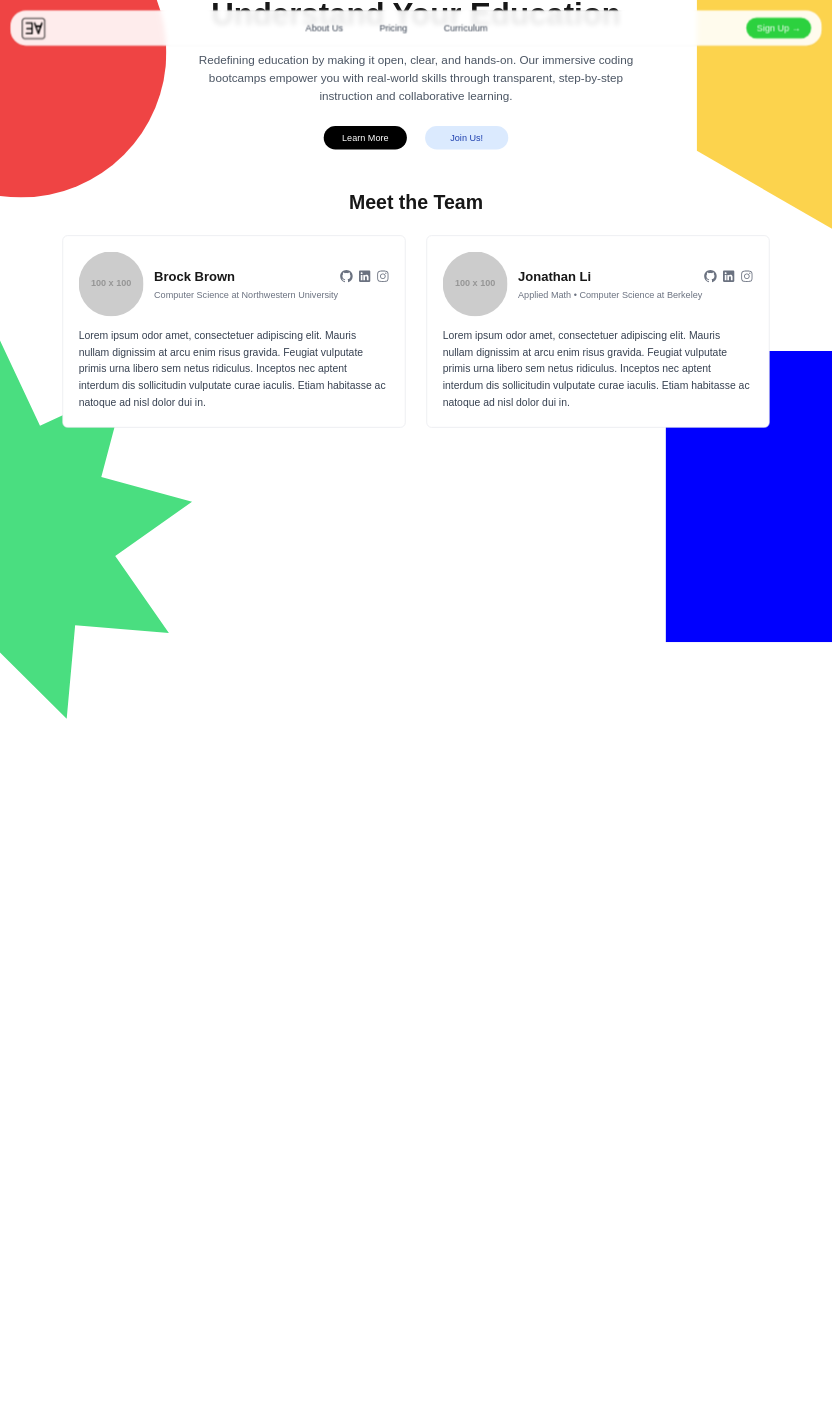
Repository: johnnyli-dev/bootcamp
Page: /
An editor plug-in stored every save of this project. The page is shown before and after the next save, followed by the edit.
The browser window is 1280 px wide. The pictures show the whole page, at 65% of full size.
The project was rebuilt for these pictures with package versions that can differ from the ones it lists, and the page was loaded fresh each time. The framework's server and built-in components were replaced by stand-ins that run in the browser. Also part of the build but not shown: next.config.ts.

Above is the page before, as saved 2025-02-22 15:13:18.

### app/page.tsx
import Image from "next/image";
import Navbar from "./components/Navbar";
import PCard from "./components/PCard";
import {
	GitHubLogoIcon,
	LinkedInLogoIcon,
	InstagramLogoIcon,
} from "@radix-ui/react-icons";

import {
	RedCircle,
	YellowHexagon,
	GreenStar,
	BlueSquare,
} from "./components/Shapes";

export default function Home() {
	return (
		<div className="min-h-screen bg-white relative overflow-hidden">
			{/* Hero Section */}
			<div className="relative h-screen flex items-center justify-center">
				{/* SVG Shapes positioned relative to hero section */}
				<div className="absolute inset-0">
					<RedCircle />
					<YellowHexagon />
					<GreenStar />
					<BlueSquare />
				</div>

				<Navbar />

				{/* Centered Content */}
				<div className="max-w-6xl mx-auto px-4 sm:px-6 lg:px-8 z-10">
					<main className="flex flex-col items-center text-center gap-8">
						<h1 className="text-5xl font-bold">
							Understand Your Education
						</h1>
						<p className="text-lg text-gray-600 max-w-2xl">
							Redefining education by making it open, clear, and
							hands-on. Our immersive coding bootcamps empower you
							with real-world skills through transparent,
							step-by-step instruction and collaborative learning.
						</p>
						<div className="flex gap-7 whitespace-nowrap">
							<a
								href="#learn-more"
								className="bg-black text-white px-6 py-2 rounded-full hover:bg-gray-800 transition-colors w-32 text-center text-sm"
							>
								Learn More
							</a>
							<a
								href="#join"
								className="bg-blue-100 text-blue-800 px-6 py-2 rounded-full hover:bg-blue-200 transition-colors w-32 text-center text-sm"
							>
								Join Us!
							</a>
						</div>
					</main>

					{/* About Us (Meet the Team) Section */}
					<section className="py-16 flex flex-col items-center">
						<h2 className="text-3xl font-bold mb-8">
							Meet the Team
						</h2>

						<div className="flex flex-col md:flex-row gap-8 justify-center">
							<PCard
								name="Brock Brown"
								subtitle="Computer Science at Northwestern University"
								description="Lorem ipsum odor amet, consectetuer adipiscing elit. Mauris nullam dignissim at arcu enim risus gravida. Feugiat vulputate primis urna libero sem netus ridiculus. Inceptos nec aptent interdum dis sollicitudin vulputate curae iaculis. Etiam habitasse ac natoque ad nisl dolor dui in."
								profileImage="https://placehold.co/100.png"
                                socialLinks={[
                                    {
                                        icon: <GitHubLogoIcon width={20} height={20} />,
                                        url: "https://github.com/bbrockbrown",
                                    },
                                    {
                                        icon: <LinkedInLogoIcon width={20} height={20} />,
                                        url: "https://www.linkedin.com/in/brock-brown-058216221/",
                                    },
                                    {
                                        icon: <InstagramLogoIcon width={20} height={20} />,
                                        url: "https://www.instagram.com/bbrockbrown/",
                                    },
                                ]}
							/>

							<PCard
								name="Jonathan Li"
								subtitle="Applied Math • Computer Science at Berkeley"
								description="Lorem ipsum odor amet, consectetuer adipiscing elit. Mauris nullam dignissim at arcu enim risus gravida. Feugiat vulputate primis urna libero sem netus ridiculus. Inceptos nec aptent interdum dis sollicitudin vulputate curae iaculis. Etiam habitasse ac natoque ad nisl dolor dui in."
								profileImage="https://placehold.co/100.png"
                                socialLinks={[
                                    {
                                        icon: <GitHubLogoIcon width={20} height={20} />,
                                        url: "https://github.com/johnnyli-dev",
                                    },
                                    {
                                        icon: <LinkedInLogoIcon width={20} height={20} />,
                                        url: "https://www.linkedin.com/in/johnny-li-390841220/",
                                    },
                                    {
                                        icon: <InstagramLogoIcon width={20} height={20} />,
                                        url: "https://www.instagram.com/johnny.lii/",
                                    },
                                ]}
							/>
						</div>
					</section>
				</div>
			</div>

			{/* Additional content sections */}
			<div className="h-screen" />
			<div className="h-screen" />
		</div>
	);
}

### app/globals.css
@tailwind base;
@tailwind components;
@tailwind utilities;

:root {
	--background: #ffffff;
	--foreground: #171717;
}

@media (prefers-color-scheme: dark) {
	:root {
		--background: #ffffff;
		--foreground: #171717;
	}
}

body {
	color: var(--foreground);
	background: var(--background);
	font-family: "Poppins", sans-serif;
	overflow-x: hidden;
}

.geometric-shape {
	position: absolute;
	width: 300px;
	height: 300px;
	border-radius: 50%;
    transition: transform 1s ease-out;
}

### app/components/Navbar.tsx
import Link from "next/link";
import Image from "next/image";

export default function Navbar() {
	return (
		<div className="fixed top-4 left-4 right-4 z-50">
			<nav className="bg-white/90 backdrop-blur-sm rounded-3xl p-1 shadow-sm">
				<div className="max-w-7xl mx-auto">
					<div className="flex items-center justify-between">
						<div className="flex-shrink-0 px-2">
							<Link href="/" className="flex items-center gap-2">
								<Image
									src="/logo.png"
									alt="CodeCamp Logo"
									width={48}
									height={48}
									className="object-contain"
								/>
							</Link>
						</div>

						{/* Center navigation items */}
						<div className="flex-1 flex justify-center">
							<div className="hidden sm:flex space-x-8 items-center">
								<Link
									href="/about-us"
									className="text-gray-700 hover:text-gray-900 px-3 py-2 text-sm"
								>
									About Us
								</Link>
								<Link
									href="/pricing"
									className="text-gray-700 hover:text-gray-900 px-3 py-2 text-sm"
								>
									Pricing
								</Link>
								<Link
									href="/curriculum"
									className="text-gray-700 hover:text-gray-900 px-3 py-2 text-sm"
								>
									Curriculum
								</Link>
							</div>
						</div>

						{/* Sign Up button */}
						<div className="flex-shrink-0 px-3">
							<Link
								href="/sign-up"
								className="bg-[#2cd13f] text-white px-4 py-2 rounded-full text-sm hover:bg-[#8BBBCF] transition-colors"
							>
								Sign Up →
							</Link>
						</div>
					</div>
				</div>
			</nav>
		</div>
	);
}

### app/components/PCard.tsx
"use client";
import Image from "next/image";
import { JSX } from "react";

interface SocialLink {
	icon: JSX.Element;
	url: string;
}

interface PCardProps {
	name: string;
	subtitle: string;
	description: string;
	profileImage: string;
	socialLinks: SocialLink[];
}

export default function PCard({
	name,
	subtitle,
	description,
	profileImage,
	socialLinks,
}: PCardProps) {
	return (
		<div className="border border-gray-200 rounded-lg p-6 w-full max-w-xl bg-white">
			{/* Top row: Profile image + Name & Socials */}
			<div className="flex items-center">
				<Image
					src={profileImage}
					alt={name}
					width={100}
					height={100}
					className="rounded-full object-cover mr-4"
				/>
				<div className="flex-1">
					<div className="flex items-center justify-between">
						<h3 className="text-xl font-bold">{name}</h3>
						<div className="flex space-x-2">
							{socialLinks.map((link, index) => (
								<a
									key={index}
									href={link.url}
									target="_blank"
									rel="noopener noreferrer"
									className="text-gray-500 hover:text-gray-700"
								>
									{link.icon}
								</a>
							))}
						</div>
					</div>
					<p className="text-gray-500 text-sm mt-1">{subtitle}</p>
				</div>
			</div>
			{/* Description */}
			<p className="mt-4 text-gray-700 leading-relaxed">{description}</p>
		</div>
	);
}

### app/components/Shapes.tsx
"use client";
import { useScrollRotation } from "../hooks/useScrollRotation";

export function RedCircle() {
	const rotation = useScrollRotation();
	return (
		<svg
			className="absolute top-[-20%] left-[-15%] -translate-x-1/2 -translate-y-1/2 w-[35vw] h-[35vw] transition-transform duration-100"
			viewBox="0 0 256 256"
			style={{ transform: `rotate(${rotation}deg)` }}
		>
			<circle cx="128" cy="128" r="128" fill="#EF4444" />
		</svg>
	);
}

export function YellowHexagon() {
	const rotation = useScrollRotation();
	return (
		<svg
			className="absolute top-[-20%] right-[-20%] translate-x-1/2 -translate-y-1/2 w-[40vw] h-[40vw] transition-transform duration-100"
			viewBox="0 0 256 256"
			style={{ transform: `rotate(${-rotation}deg)` }}
		>
			<polygon
				points="128,8 231.92,68 231.92,188 128,248 24.08,188 24.08,68"
				fill="#FCD34D"
			/>
		</svg>
	);
}

export function GreenStar() {
	const rotation = useScrollRotation();
	return (
		<svg
			className="absolute top-[70%] left-[-25%] -translate-x-1/2 -translate-y-1/2 w-[50vw] h-[50vw] transition-transform duration-100"
			viewBox="0 0 256 256"
			style={{ transform: `rotate(${rotation * 0.5}deg)` }}
		>
			<polygon
				points="
          128,8
          152.62,60.34
          205.13,36.08
          190.35,92
          246.18,107.16
          198.91,140.52
          231.92,188
          174.25,183.16
          169.04,240.76
          128,200
          86.96,240.76
          81.75,183.16
          24.08,188
          57.09,140.52
          9.82,107.16
          65.65,92
          50.87,36.08
          103.38,60.34
        "
				fill="#4ADE80"
			/>
		</svg>
	);
}

export function BlueSquare() {
	const rotation = useScrollRotation();
	return (
		<svg
			className="absolute top-[75%] left-[80%] -translate-x-1/2 -translate-y-1/2 w-[35vw] transition-transform h-[35vw] duration-100"
			viewBox="0 0 256 256"
			style={{ transform: `rotate(${rotation * 1.5}deg)` }}
		>
			<rect x="0" y="0" width="256" height="256" fill="blue" />
		</svg>
	);
}

### app/hooks/useScrollRotation.ts
import { useEffect, useState, useRef } from "react";

export function useScrollRotation() {
    const [rotation, setRotation] = useState(0);
    const MAX_ROTATION = 360; // maximum rotation value
    const requestRef = useRef<number | null>(null);

    useEffect(() => {
        const handleScroll = () => {
            const newRotation = Math.min(window.scrollY / 10, MAX_ROTATION);
            if (requestRef.current) {
                cancelAnimationFrame(requestRef.current);
            }
            requestRef.current = requestAnimationFrame(() => {
                setRotation(newRotation);
            });
        };

        window.addEventListener("scroll", handleScroll);
        return () => {
            window.removeEventListener("scroll", handleScroll);
            if (requestRef.current) {
                cancelAnimationFrame(requestRef.current);
            }
        };
    }, []);

    return rotation;
}

Loaded but not shown: app/layout.tsx (common file); tailwind.config.ts (common file)

After the next save:
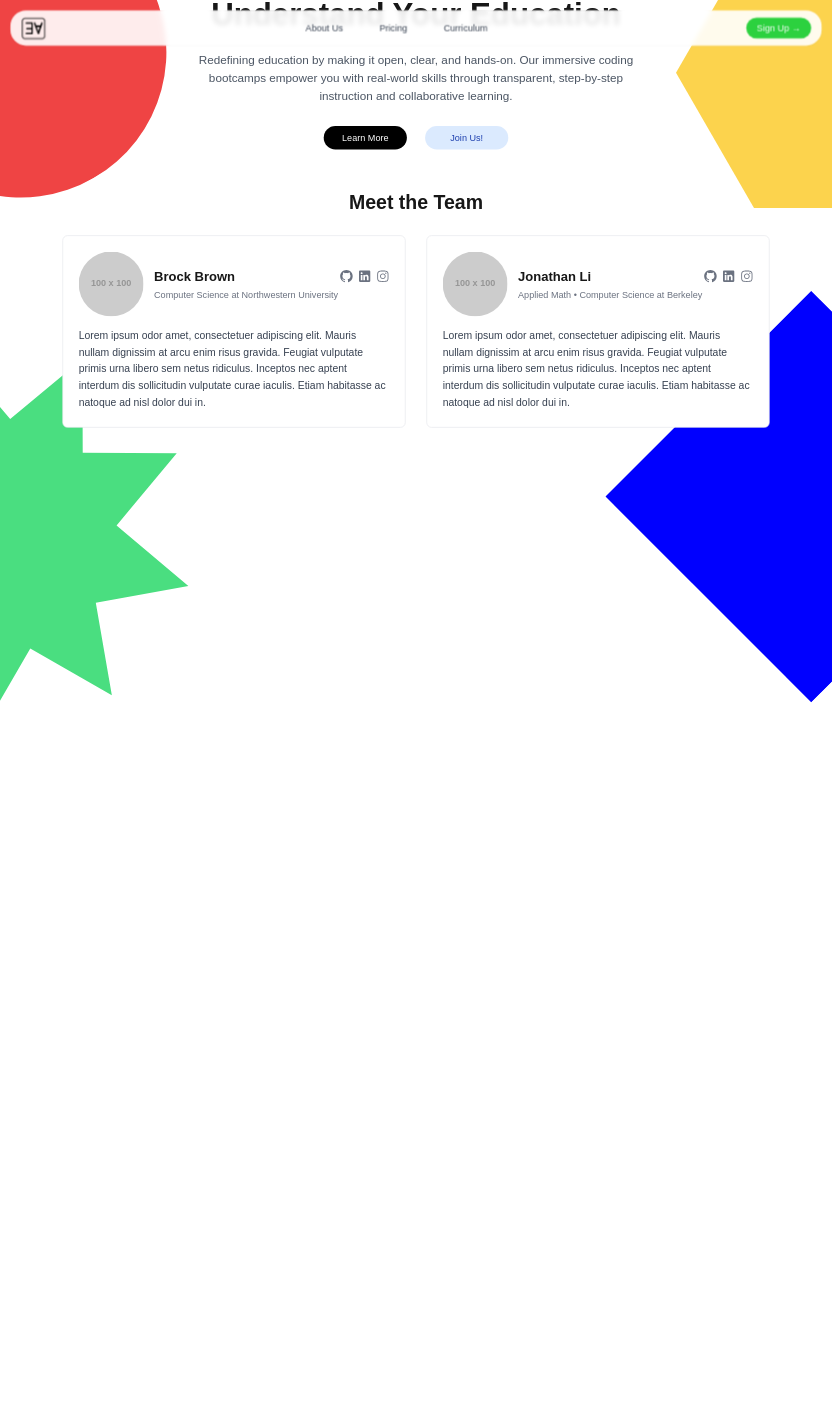
Saved 3 min 7 s later.
--- a/app/hooks/useScrollRotation.ts
+++ b/app/hooks/useScrollRotation.ts
@@ -1,29 +1,43 @@
+// app/hooks/useScrollRotation.ts
 import { useEffect, useState, useRef } from "react";
 
 export function useScrollRotation() {
-    const [rotation, setRotation] = useState(0);
-    const MAX_ROTATION = 360; // maximum rotation value
-    const requestRef = useRef<number | null>(null);
+	const [rotation, setRotation] = useState(0);
+	const prevScroll = useRef<number>(0);
+	const requestRef = useRef<number | null>(null);
+	const MAX_DIFF = 10; // maximum allowed change per scroll event
 
-    useEffect(() => {
-        const handleScroll = () => {
-            const newRotation = Math.min(window.scrollY / 10, MAX_ROTATION);
-            if (requestRef.current) {
-                cancelAnimationFrame(requestRef.current);
-            }
-            requestRef.current = requestAnimationFrame(() => {
-                setRotation(newRotation);
-            });
-        };
+	useEffect(() => {
+		// initialize the previous scroll position
+		prevScroll.current = window.scrollY;
 
-        window.addEventListener("scroll", handleScroll);
-        return () => {
-            window.removeEventListener("scroll", handleScroll);
-            if (requestRef.current) {
-                cancelAnimationFrame(requestRef.current);
-            }
-        };
-    }, []);
+		const handleScroll = () => {
+			const newScroll = window.scrollY;
+			let diff = prevScroll.current - newScroll;
 
-    return rotation;
+			// Clamp the diff so it doesn't jump too much:
+			if (diff > MAX_DIFF) diff = MAX_DIFF;
+			if (diff < -MAX_DIFF) diff = -MAX_DIFF;
+
+			prevScroll.current = newScroll;
+
+			// Use requestAnimationFrame to update the rotation
+			if (requestRef.current !== null) {
+				cancelAnimationFrame(requestRef.current);
+			}
+			requestRef.current = requestAnimationFrame(() => {
+				setRotation((prev) => prev + diff);
+			});
+		};
+
+		window.addEventListener("scroll", handleScroll);
+		return () => {
+			window.removeEventListener("scroll", handleScroll);
+			if (requestRef.current !== null) {
+				cancelAnimationFrame(requestRef.current);
+			}
+		};
+	}, []);
+
+	return rotation;
 }

After the 3 saves that followed:
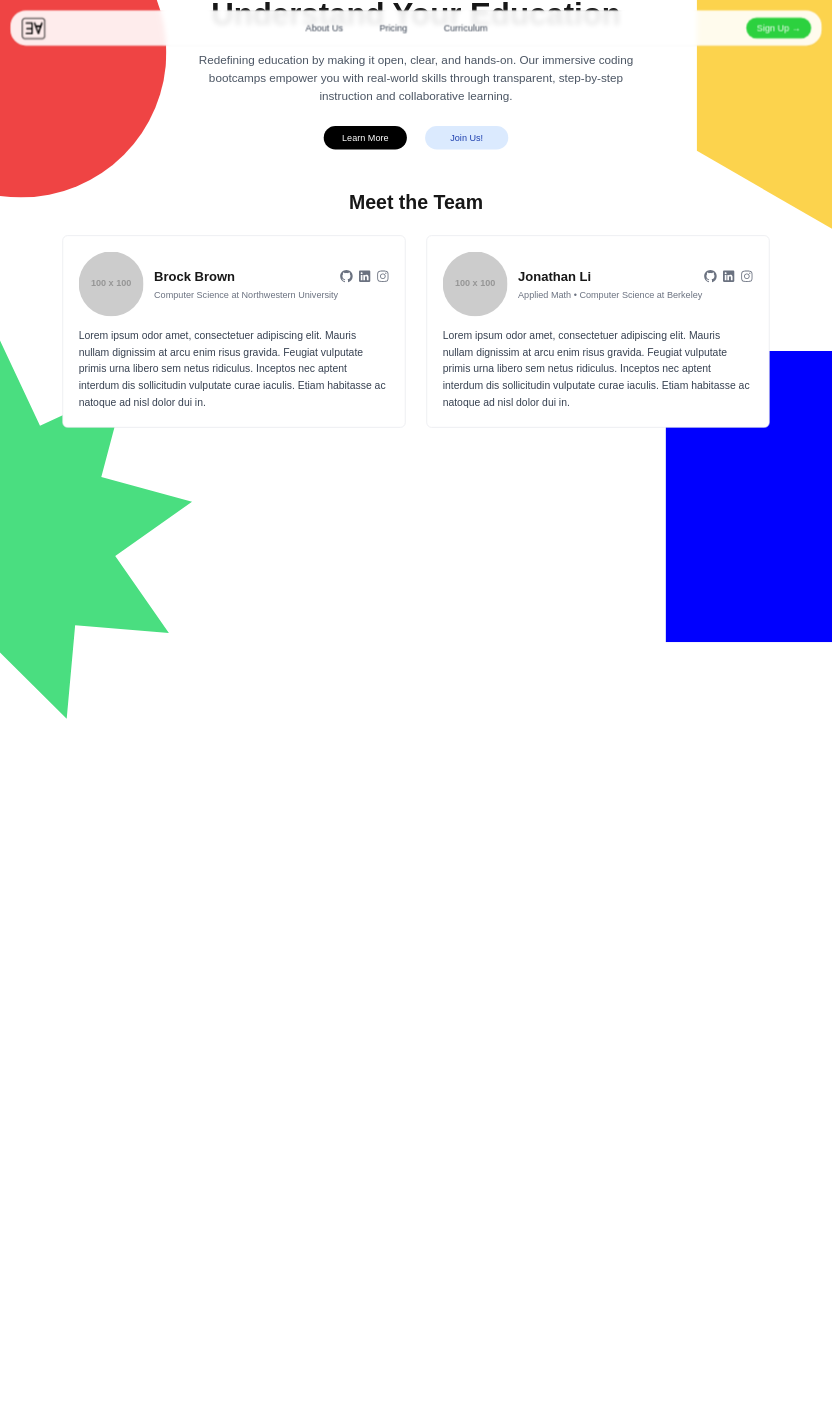
The 3 saves are shown as one change because 2 left the picture as it was.
The last was saved 4 min 34 s later.
--- a/app/hooks/useScrollRotation.ts
+++ b/app/hooks/useScrollRotation.ts
@@ -1,42 +1,16 @@
-// app/hooks/useScrollRotation.ts
-import { useEffect, useState, useRef } from "react";
+import { useState, useEffect } from "react";
 
 export function useScrollRotation() {
 	const [rotation, setRotation] = useState(0);
-	const prevScroll = useRef<number>(0);
-	const requestRef = useRef<number | null>(null);
-	const MAX_DIFF = 10; // maximum allowed change per scroll event
 
 	useEffect(() => {
-		// initialize the previous scroll position
-		prevScroll.current = window.scrollY;
-
 		const handleScroll = () => {
-			const newScroll = window.scrollY;
-			let diff = prevScroll.current - newScroll;
-
-			// Clamp the diff so it doesn't jump too much:
-			if (diff > MAX_DIFF) diff = MAX_DIFF;
-			if (diff < -MAX_DIFF) diff = -MAX_DIFF;
-
-			prevScroll.current = newScroll;
-
-			// Use requestAnimationFrame to update the rotation
-			if (requestRef.current !== null) {
-				cancelAnimationFrame(requestRef.current);
-			}
-			requestRef.current = requestAnimationFrame(() => {
-				setRotation((prev) => prev + diff);
-			});
+			const scrolled = window.scrollY;
+			setRotation(scrolled * 0.1); // Adjust this multiplier to control rotation speed
 		};
 
 		window.addEventListener("scroll", handleScroll);
-		return () => {
-			window.removeEventListener("scroll", handleScroll);
-			if (requestRef.current !== null) {
-				cancelAnimationFrame(requestRef.current);
-			}
-		};
+		return () => window.removeEventListener("scroll", handleScroll);
 	}, []);
 
 	return rotation;
